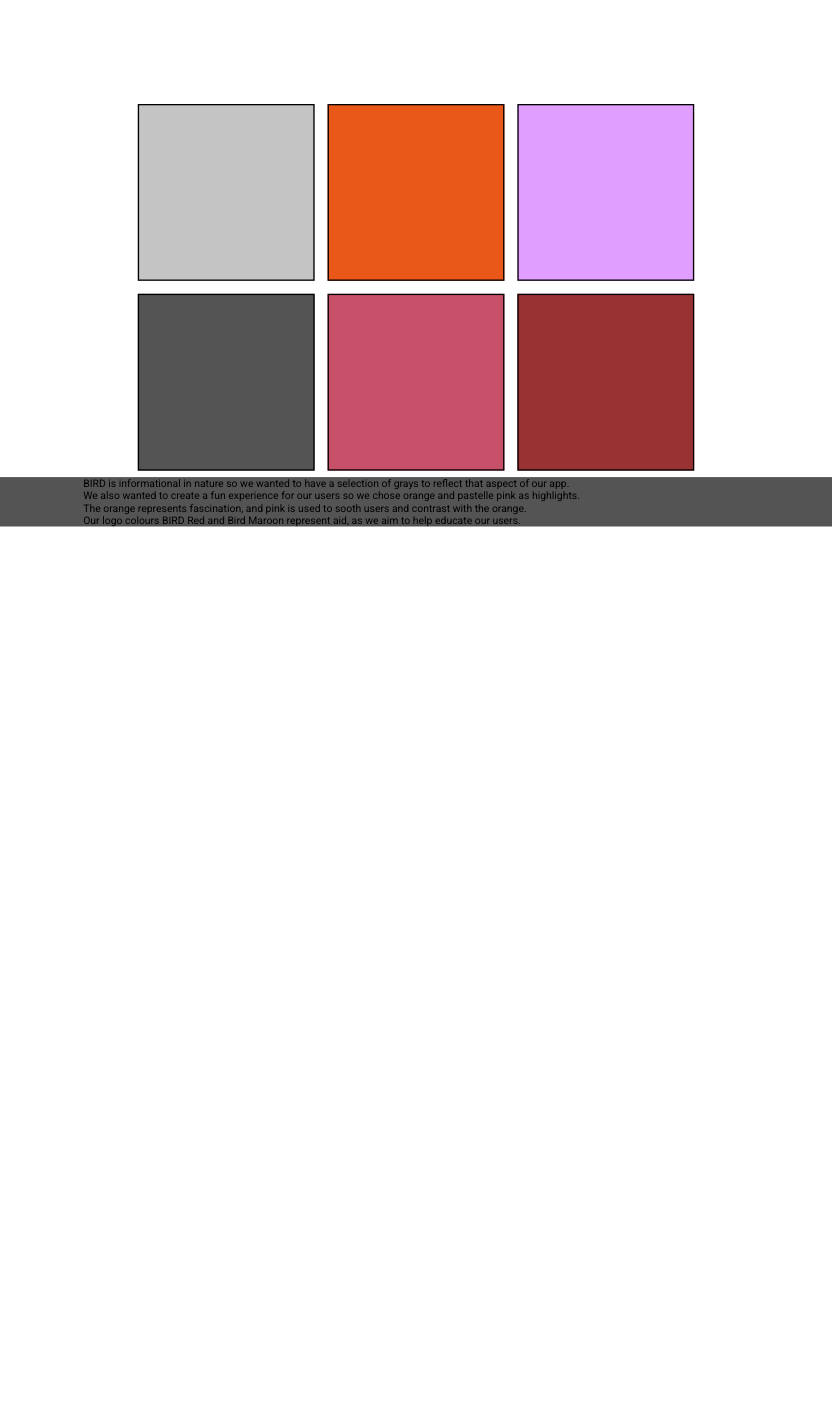
Repository: Levic559/bird-styleguide
Page: color/index.html
These files come from the project's save history. The page is drawn as it stood at one moment and after the next save; the edit follows.
The browser window is 1280 px wide. The pictures show the whole page, at 65% of full size.

Above is the page before, as saved 2021-03-22 03:11:13.
Console error: ReferenceError: LogoUI is not defined

### color/index.html
<!DOCTYPE html>
<html>
    <head>
        <title>
            Colour Palette
        </title>
        <link rel="preconnect" href="https://fonts.gstatic.com">
        <link href="https://fonts.googleapis.com/css2?family=Archivo:wght@700&family=Roboto:wght@400;700&display=swap" rel="stylesheet">
        <link href="style.css" rel="stylesheet">
    </head>

    <body>
        <div class="main">
            <!--6 colours container-->
            <div class="colors">
                <div class = row>
                    <div class="cell lightgray">
                        <div class="hovercontainers" onmouseover="overLG()" onmouseout="offLG()" id="lg">
                            <span>Light Gray</span>
                            <span>#C4C4C4</span>
                            <span>196, 196, 196</span>
                        </div>
                    </div>
                    <div class="cell orange">
                        <div class="hovercontainers" onmouseover="overO()" onmouseout="offO()" id="o">
                            <span>Orange</span>
                            <span>#E95719</span>
                            <span>233, 87, 25</span>
                        </div>
                    </div>
                    <div class="cell pink">
                        <div class="hovercontainers" onmouseover="overP()" onmouseout="offP()" id="p">
                            <span>Pastel Pink</span>
                            <span>#E95719</span>
                            <span>224, 158, 255</span>
                        </div>
                    </div>
                </div>
                <div class = row>
                    <div class="cell darkgray">
                        <div class="hovercontainers" onmouseover="overDG()" onmouseout="offDG()" id="dg">
                            <span>Dark Gray</span>
                            <span>#545454</span>
                            <span>84, 84, 84</span>
                        </div>
                    </div>
                    <div class="cell red">
                        <div class="hovercontainers" onmouseover="overR()" onmouseout="offR()" id="r">
                            <span>BIRD Red</span>
                            <span>#C75169</span>
                            <span>199, 81, 105</span>
                        </div>
                    </div>
                    <div class="cell maroon">
                        <div class="hovercontainers" onmouseover="overM()" onmouseout="offM()" id="m">
                            <span>Bird Maroon</span>
                            <span>#993333</span>
                            <span>153, 51, 51</span>
                        </div>
                    </div>
                </div>
            </div>

            <!-- Text underneath colors-->
            <div class="textcontainer">
                <div class="colortext">
                    BIRD is informational in nature so we wanted to have a selection of grays to reflect that aspect of our app.
                </div>
                <div class="colortext">
                    We also wanted to create a fun experience for our users so we chose orange and pastelle pink as highlights.
                </div>
                <div class="colortext">
                    The orange represents fascination, and pink is used to sooth users and contrast with the orange.
                </div>
                <div class="colortext">
                    Our logo colours BIRD Red and Bird Maroon represent aid, as we aim to help educate our users.
                </div>
            </div>
        </div>
    </body>
    <script src="animations.js"></script>
    <script src="workflow.js"></script>
</html>

### color/style.css
body {
    margin: 0px;
    padding: 0px;
}

.main {
    width: 100vw;
    height: 300vh;
    display: flex;
    flex-direction: column;
    justify-content: flex-start;
    align-items: center;
}

.colors {
    display: flex;
    flex-direction: column;
    margin-top: 150px;
}

.row {
    display: flex;
    flex-direction: row;
}

.cell {
    display: flex;
    justify-content: center;
    align-items: center;
    border: black 2px solid;
    margin: 10px;
    min-height: 268px;
    min-width: 268px;
}

.hovercontainers {
    display: flex;
    flex-direction: column;
    justify-content: center;
    align-items: center;
    opacity: 0;
    min-height: 268px;
    min-width: 268px;
}

.hovercontainers > span {
    color: white;
    font-family: Roboto;
    font-size: 30px;
}

@keyframes appear {
    0% {
        opacity: 0;
    }
    100% {
        opacity: 1;
    }
}
@keyframes disappear {
    0% {
        opacity: 1;
    }
    100% {
        opacity: 0;
    }
}

.lightgray {
    background-color: #C4C4C4;
}
.orange {
    background-color: #E95719;
}
.pink {
    background-color: #E09EFF;
}
.darkgray {
    background-color: #545454;
}
.red {
    background-color: #C75169;
}
.maroon {
    background-color: #993333;
}

.textcontainer {
    width: 100%;
    background-color: #545454;
    display: flex;
    flex-direction: column;
    justify-content: space-evenly;
    align-items: center;
}

.colortext {
    width: 80%;
    font-family: Roboto;
    color: black;
}

### color/animations.js
function overLG () {
    var hello = document.getElementById("lg")
    hello.style.WebkitAnimation = "appear 0.3s linear"
    hello.style.opacity = 1
}
function offLG () {
    var hello = document.getElementById("lg")
    hello.style.WebkitAnimation = "disappear 0.3s linear"
    hello.style.opacity = 0
}

function overO () {
    var hello = document.getElementById("o")
    hello.style.WebkitAnimation = "appear 0.3s linear"
    hello.style.opacity = 1
}
function offO () {
    var hello = document.getElementById("o")
    hello.style.WebkitAnimation = "disappear 0.3s linear"
    hello.style.opacity = 0
}

function overP () {
    var hello = document.getElementById("p")
    hello.style.WebkitAnimation = "appear 0.3s linear"
    hello.style.opacity = 1
}
function offP () {
    var hello = document.getElementById("p")
    hello.style.WebkitAnimation = "disappear 0.3s linear"
    hello.style.opacity = 0
}

function overDG () {
    var hello = document.getElementById("dg")
    hello.style.WebkitAnimation = "appear 0.3s linear"
    hello.style.opacity = 1
}
function offDG () {
    var hello = document.getElementById("dg")
    hello.style.WebkitAnimation = "disappear 0.3s linear"
    hello.style.opacity = 0
}

function overR () {
    var hello = document.getElementById("r")
    hello.style.WebkitAnimation = "appear 0.3s linear"
    hello.style.opacity = 1
}
function offR () {
    var hello = document.getElementById("r")
    hello.style.WebkitAnimation = "disappear 0.3s linear"
    hello.style.opacity = 0
}

function overM () {
    var hello = document.getElementById("m")
    hello.style.WebkitAnimation = "appear 0.3s linear"
    hello.style.opacity = 1
}
function offM () {
    var hello = document.getElementById("m")
    hello.style.WebkitAnimation = "disappear 0.3s linear"
    hello.style.opacity = 0
}

### color/workflow.js
document.querySelector(".main").innerHTML += LogoUI(200,700, "#C4C4C4");
document.querySelector(".content").innerHTML += BirdUI();
document.querySelector(".burger").innerHTML += burGerUI();
document.querySelector(".content-page").innerHTML += sideMenuUI();

After the next save:
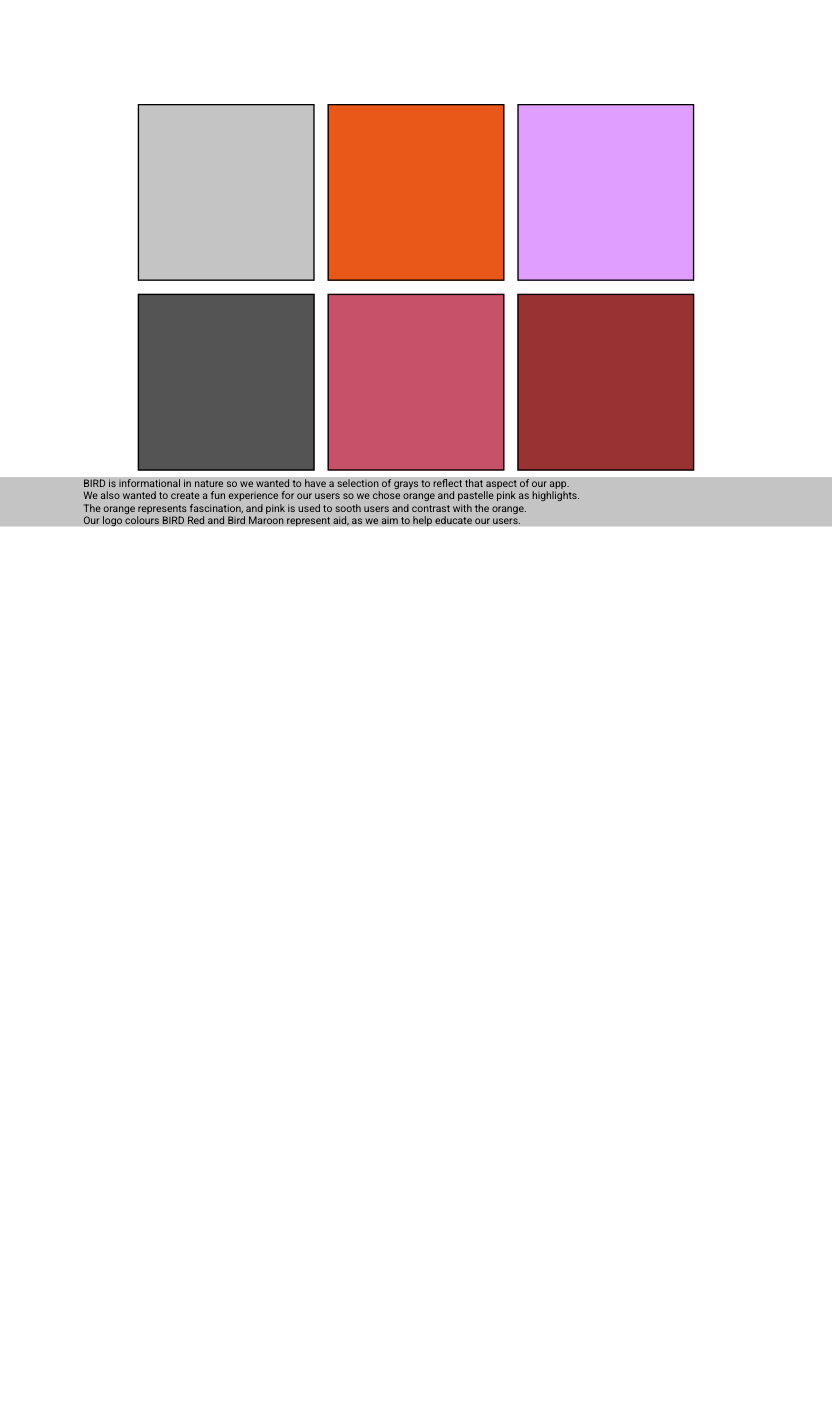
Saved 25 s later.
--- a/color/style.css
+++ b/color/style.css
@@ -87,7 +87,7 @@
 
 .textcontainer {
     width: 100%;
-    background-color: #545454;
+    background-color: #C4C4C4;
     display: flex;
     flex-direction: column;
     justify-content: space-evenly;
